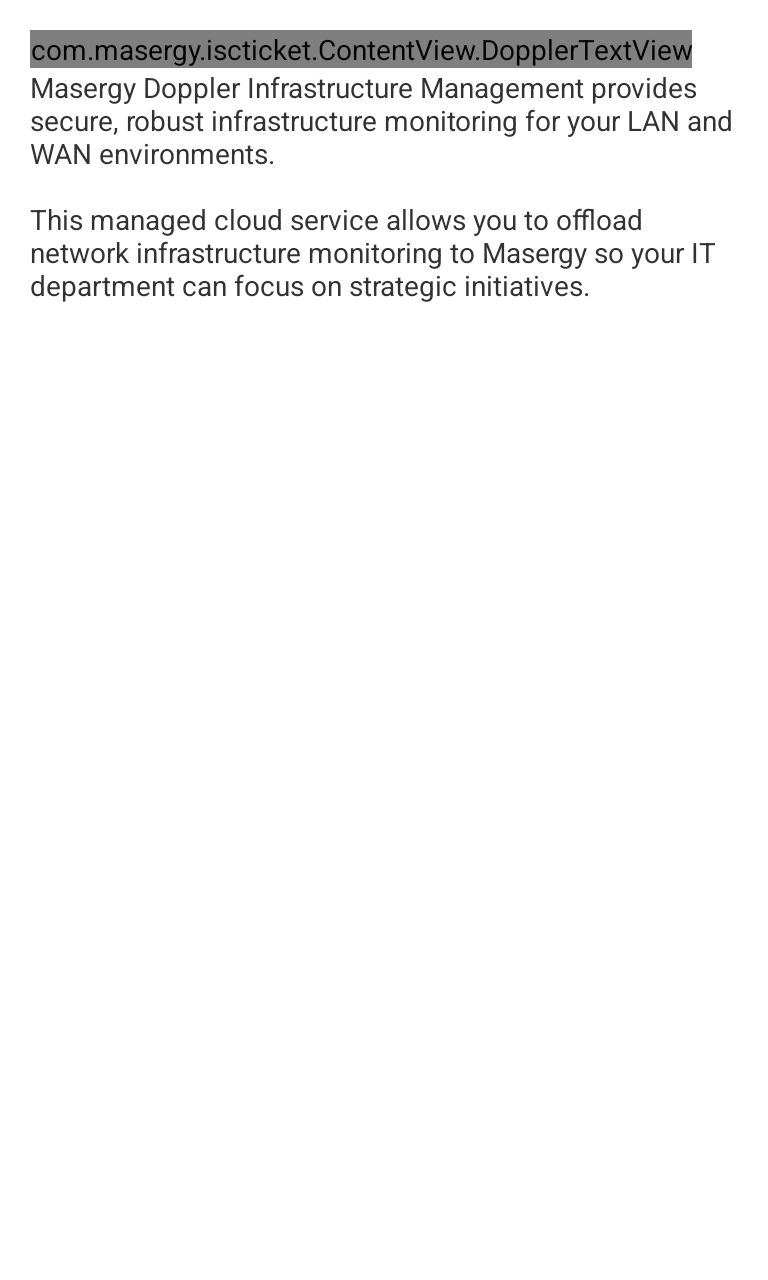
Repository: Pradeep-appstute/First
Layout: Control/res/layout/dopplerim_no_response_view.xml
An editor plug-in stored every save of this project. The layout is shown before and after the next save, followed by the edit.
Pictures or frames that could not be fetched are drawn as grey boxes. It is drawn on a 768 x 1280 px phone screen (xhdpi) without system bars, with theme AppTheme; the app's code is not run.

Above is the layout before, as saved 2014-03-06 07:38:24.

### Control/res/layout/dopplerim_no_response_view.xml
<?xml version="1.0" encoding="utf-8"?>
<LinearLayout xmlns:android="http://schemas.android.com/apk/res/android"
    android:layout_width="match_parent"
    android:layout_height="match_parent"
    android:orientation="vertical"
    android:padding="15dp"
     >

    <com.masergy.iscticket.ContentView.DopplerTextView
        android:id="@+id/text_view"
        android:layout_width="wrap_content"
        android:layout_height="wrap_content"
        android:layout_centerHorizontal="true"
        android:layout_centerVertical="true"
         />
    <TextView
        android:layout_width="fill_parent"
        android:layout_height="wrap_content"
        android:text="@string/dopplerim_noresponsemessage" />

</LinearLayout>

### Control/res/values/strings.xml
<?xml version="1.0" encoding="utf-8"?>
<resources>

    <string name="app_name">ISC Control</string>
    <string name="action_settings">Settings</string>
    <string name="Login">Login</string>
    <string name="forgotusername">Forgot Username</string>
    <string name="forgotpassword">Forgot Password</string>

    <!-- AlertDialog -->
    <string name="ok">OK</string>
    <string name="yes">YES</string>
    <string name="no">NO</string>
    <!-- Slider Menu -->
    <string name="emptystring">Control</string>
    <string name="textViewListHeaderMSG">MASERGY</string>

    <!-- Submit Screen -->
    <string name="name">Name:</string>
    <string name="email">Email:</string>
    <string name="phone">Phone:</string>
    <string name="subject">Subject:</string>
    <string name="bundle">Bundle:</string>
    <string name="description">Description:</string>
    <string name="createticket">Create Tciket</string>

    <!-- Ticket Detail Screen -->
    <string name="ticketdetails_subject">Subject:</string>
    <string name="ticketdetails_submittedby">Submitted by:</string>
    <string name="ticketdetails_lastupdated">Last Updated:</string>
    <string name="ticketdetails_comments">Comments</string>
    <string name="ticketdetails_ticketsId">Ticket ID</string>
    <string name="ticketdetails_status">Status</string>
    <string name="ticketdetails_next">Next</string>
    <string name="ticketdetails_prev">Previous</string>

    <!-- Service Detail Screen -->
    <string name="servicedetails_headertitle">Select Service</string>
    <string name="servicedetails_title">Select desired bandwidth:</string>
    <string name="servicedetails_bundleid">Bundle ID:</string>
    <string name="servicedetails_services">Services:</string>
    <string name="servicedetails_site">Site:</string>
    <string name="servicedetails_bandwidth">Bandwidth:</string>
    <string name="servicedetails_contract">Contract</string>
    <string name="servicedetails_current">Current</string>
    <string name="servicedetails_changeto">Change to</string>
    <string name="servicedetails_title2">(Cannot be less than contract bandwidth)</string>
    <string name="servicedetails_back">Back</string>
    <string name="servicedetails_submit">Submit</string>

     <!-- Doppler IM Screen -->
    <string name="dopplerim_headertitle">Doppler IM</string>
    <string name="dopplerim_noresponsemessage">Masergy Doppler Infrastructure Management provides secure, robust infrastructure monitoring for your LAN and WAN environments.\n\nThis managed cloud service allows you to offload network infrastructure monitoring to Masergy so your IT department can focus on strategic initiatives.</string>
</resources>

Loaded but not shown: Control/res/values/styles.xml (common file); Control/res/values-v11/styles.xml (common file); Control/res/values-v14/styles.xml (common file)

After the next save:
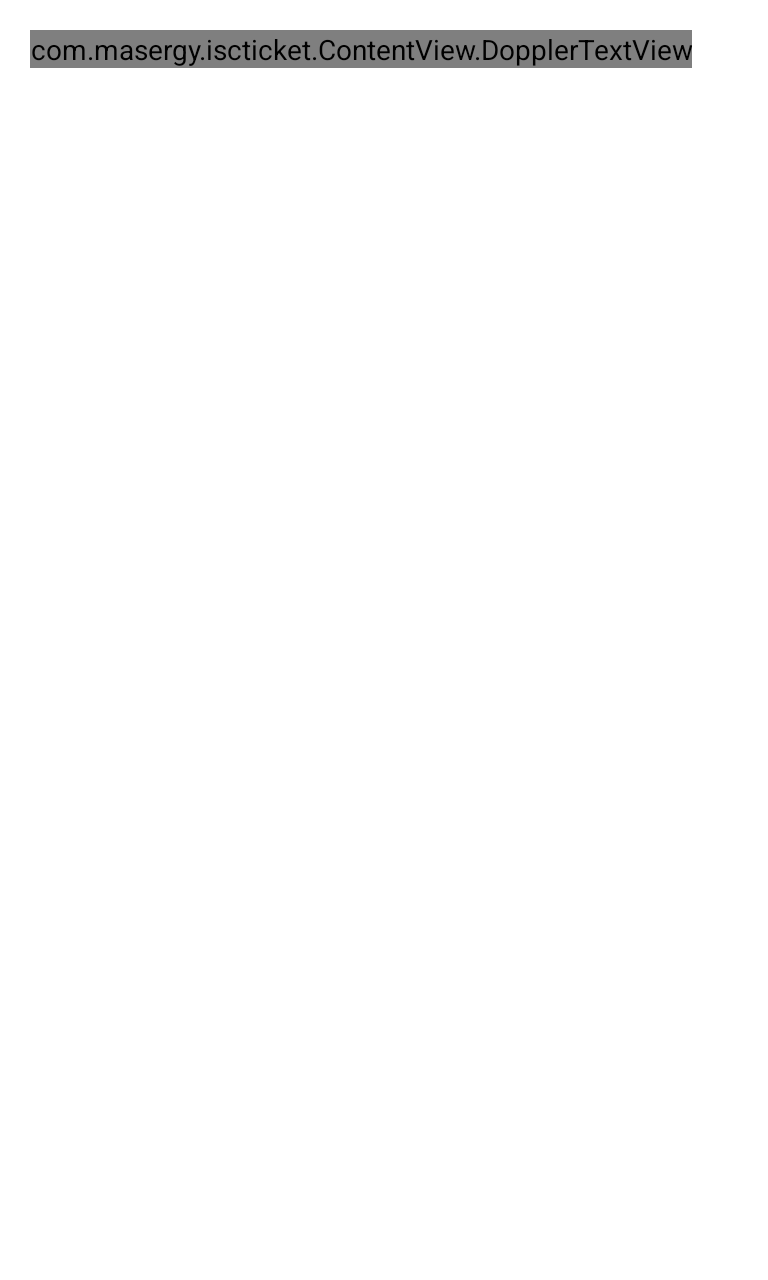
Saved 34 s later.
--- a/Control/res/layout/dopplerim_no_response_view.xml
+++ b/Control/res/layout/dopplerim_no_response_view.xml
@@ -12,10 +12,15 @@
         android:layout_height="wrap_content"
         android:layout_centerHorizontal="true"
         android:layout_centerVertical="true"
+        android:text="@string/dopplerim_noresponsemessage"
          />
+
+    <!--
+
+
     <TextView
         android:layout_width="fill_parent"
         android:layout_height="wrap_content"
         android:text="@string/dopplerim_noresponsemessage" />
-
+ -->
 </LinearLayout>
